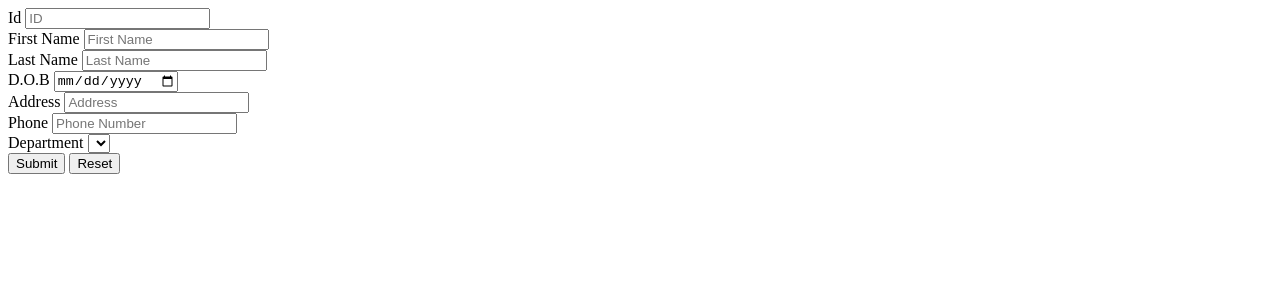
Repository: shubhamsingh331/Learners_Academy
Page: http://localhost/LearnersAcademy/Students/AddStudents.jsp
An editor plug-in stored every save of this project. The page is shown before and after the next save, followed by the edit.
The browser window is 1280 px wide. The pictures show the whole page.
The page is served by Tomcat 9.

Above is the page before, as saved 2023-10-11 08:15:02.

After the next save:
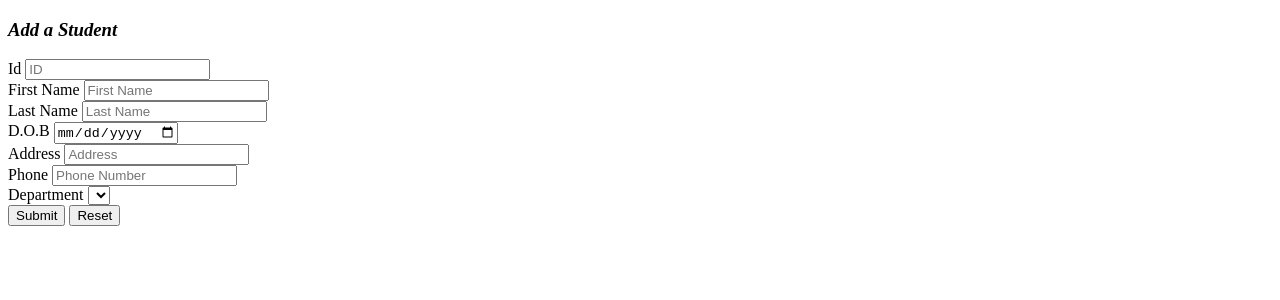
Saved 49 s later.
--- a/LearnersAcademy/src/main/webapp/Students/AddStudents.jsp
+++ b/LearnersAcademy/src/main/webapp/Students/AddStudents.jsp
@@ -11,6 +11,7 @@
 <title>Insert title here</title>
 </head>
 <body>
+<h3><i>Add a Student</i></h3>
 <form action="AddStudents.jsp" method="post">
 Id <input type="text" name="id" placeholder="ID"><br>
 First Name <input type="text" name="fname" placeholder="First Name"><br>
